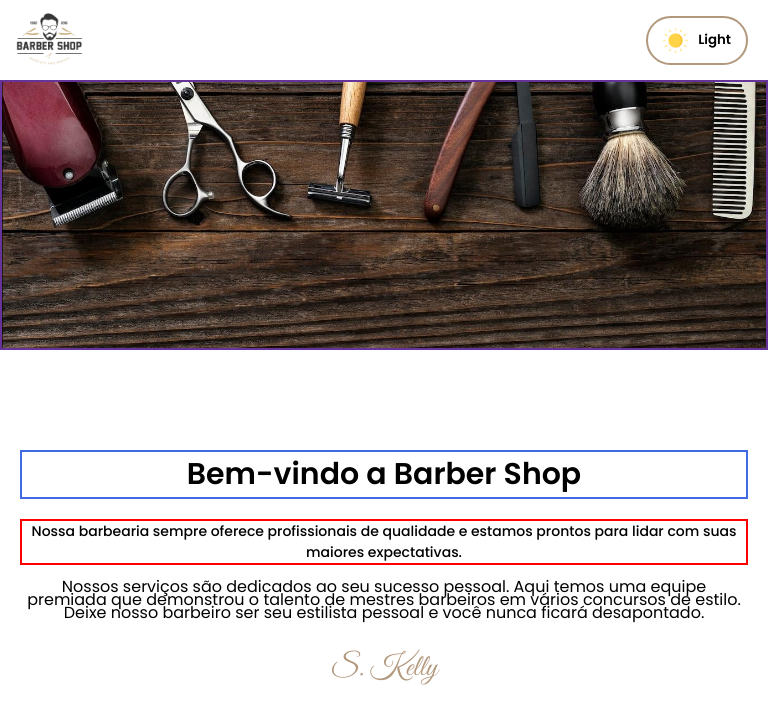
Repository: Daniells642/LandingPage-React
Page: /
The author's editor kept a copy of each file at every save. The page is drawn from the files as they stood at one save, then again after the next save.
The browser window is 768 px wide. The pictures show the whole page.
The project was rebuilt for these pictures with package versions that can differ from the ones it lists, and the page was loaded fresh each time.

Above is the page before, as saved 2022-11-05 00:42:12.

After the next save:
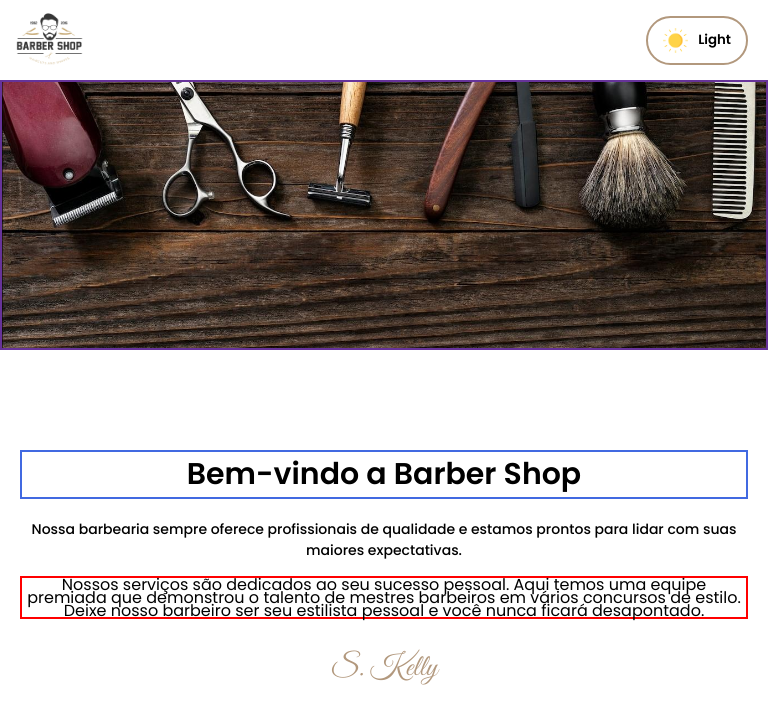
Saved 10 s later.
--- a/src/LandingPage/style.css
+++ b/src/LandingPage/style.css
@@ -92,11 +92,12 @@
     font-size: 14px;
     font-weight: 450;
     margin-bottom: 15px;
-    border: 2px solid red;
+
   }
   .segundo-paragrafo {
     line-height: 13px;
     margin-bottom: 30px;
+    border: 2px solid red;
   }
 .assinatura {
   font-family: 'Great Vibes', cursive;
